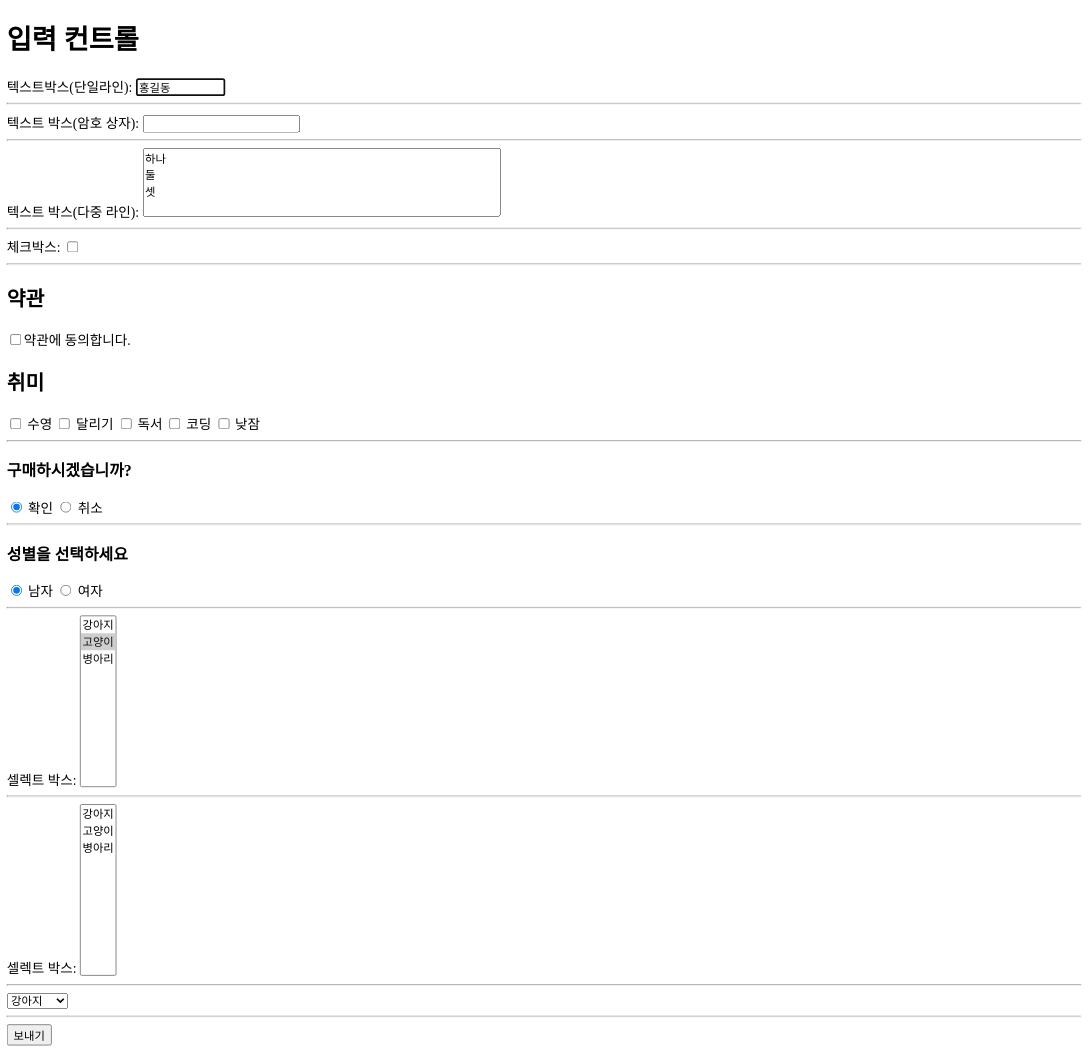
Repository: zzzzzzin/Client
Page: ClientTest/src/main/webapp/html/ex19_form.html
The author's editor kept a copy of each file at every save. The page is drawn from the files as they stood at one save, then again after the next save.
The browser window is 1280 px wide. The pictures show the whole page, at 85% of full size.

Above is the page before, as saved 2024-03-14 02:05:24.

After the next save:
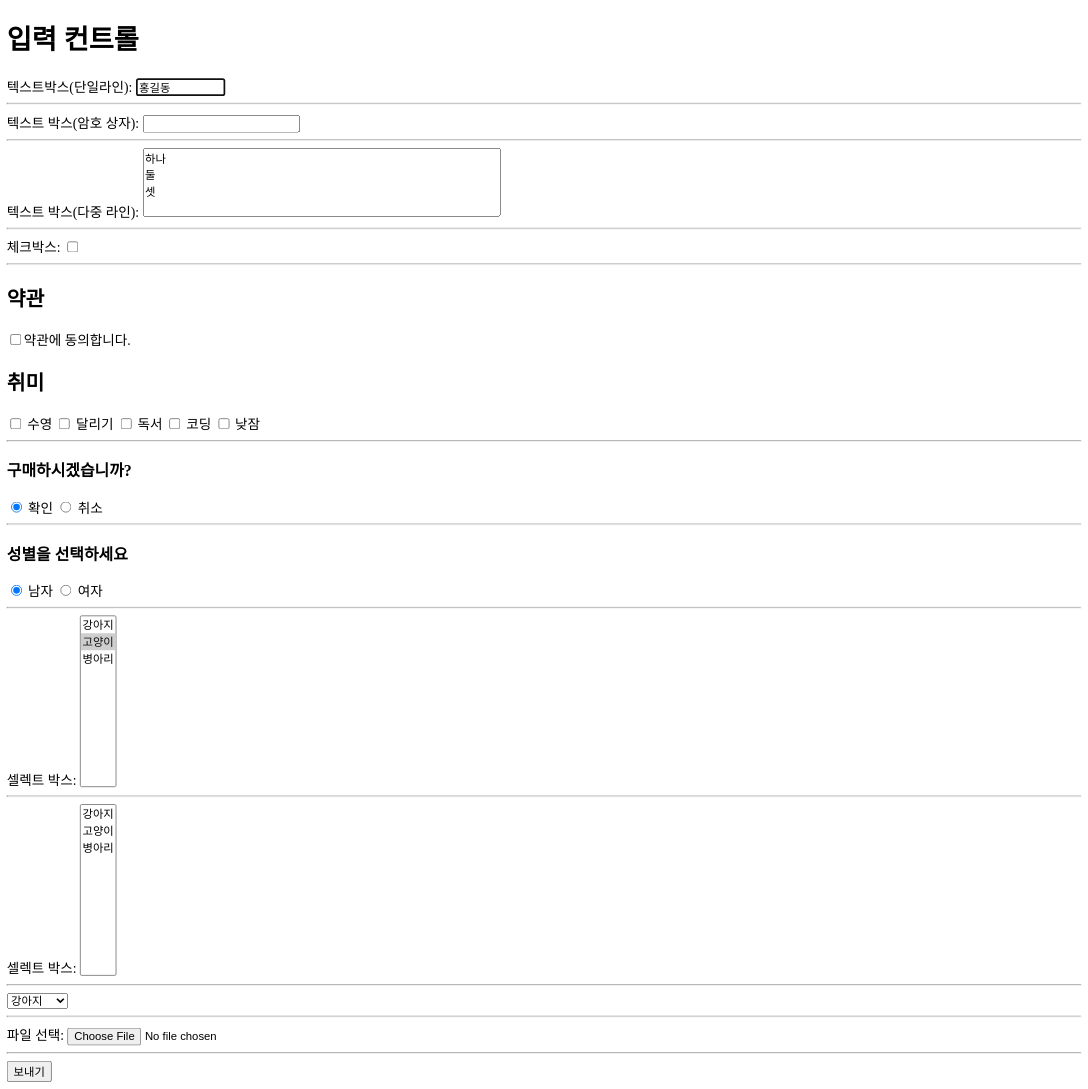
Saved 47 s later.
--- a/ClientTest/src/main/webapp/html/ex19_form.html
+++ b/ClientTest/src/main/webapp/html/ex19_form.html
@@ -141,6 +141,21 @@
 			<option>귀뚜라미</option>
 		</select>
 
+		<hr>
+
+		<!--
+			파일 업로드
+			- 첨부 파일
+		-->
+		파일 선택: <input type="file">
+
+
+
+
+
+
+
+
 
 
 
@@ -157,6 +172,7 @@
 		<hr>
 
 		<input type="submit" value="보내기">
+
 	</form>
 </body>
 </html>
